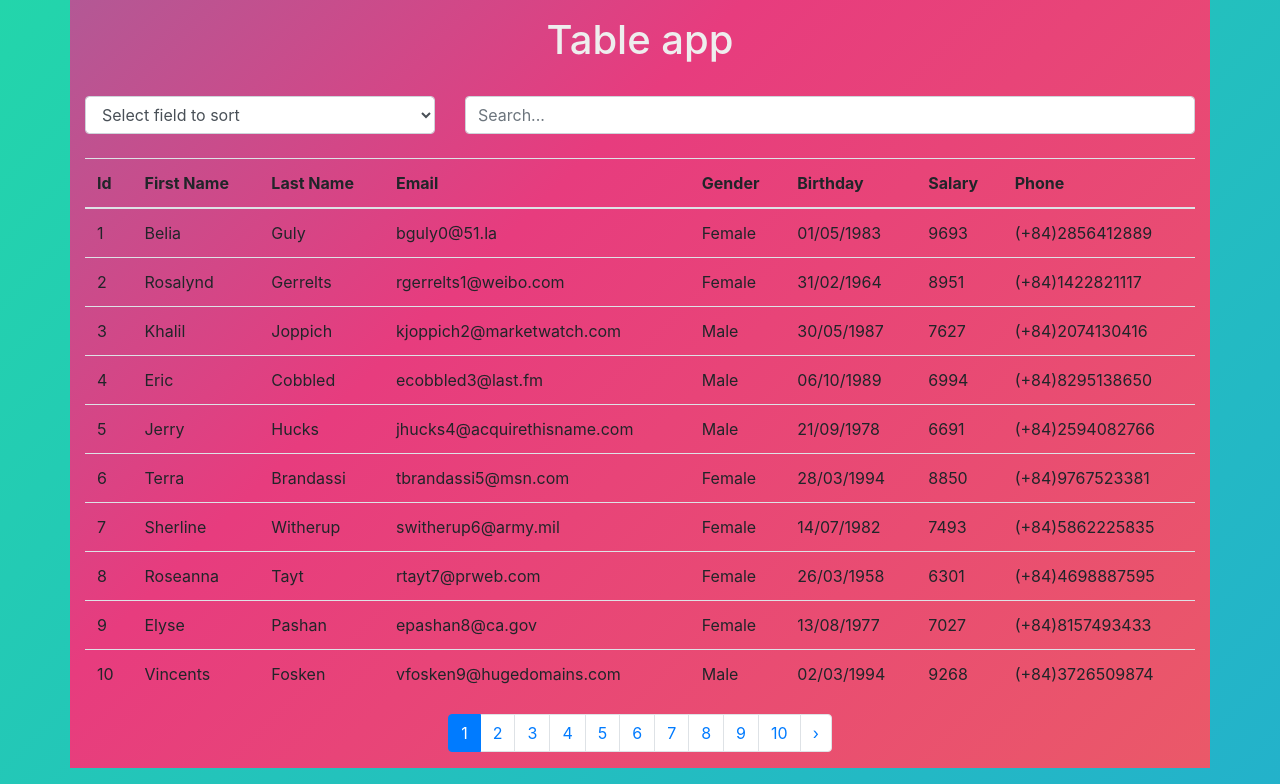
Repository: nguy3nds/table-app
Page: /
The author's editor kept a copy of each file at every save. The page is drawn from the files as they stood at one save, then again after the next save.
The browser window is 1280 px wide. The pictures show the whole page.
The project was rebuilt for these pictures with package versions that can differ from the ones it lists, and the page was loaded fresh each time.

Above is the page before, as saved 2021-09-21 15:37:54.

After the next save:
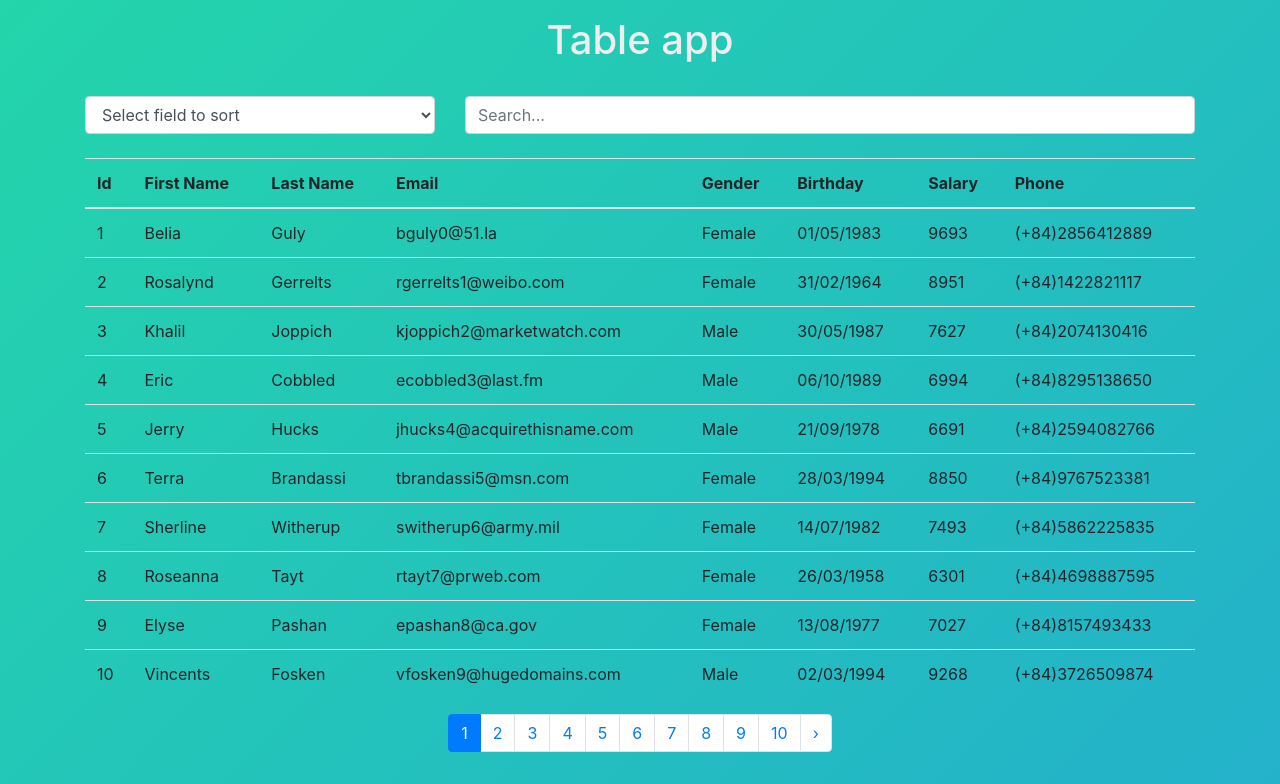
Saved 17 s later.
--- a/src/components/table.module.css
+++ b/src/components/table.module.css
@@ -1,4 +1,4 @@
-.tableModify {
+/* .tableModify {
   color: #eee !important;
   background: linear-gradient(-45deg, #ee7752, #e73c7e, #23a6d5, #23d5ab);
   background-size: 400% 400%;
@@ -15,7 +15,7 @@
   100% {
     background-position: 0% 50%;
   }
-}
+} */
 
 /* const DivContainer = styled.div`
   padding-top: 30px;
